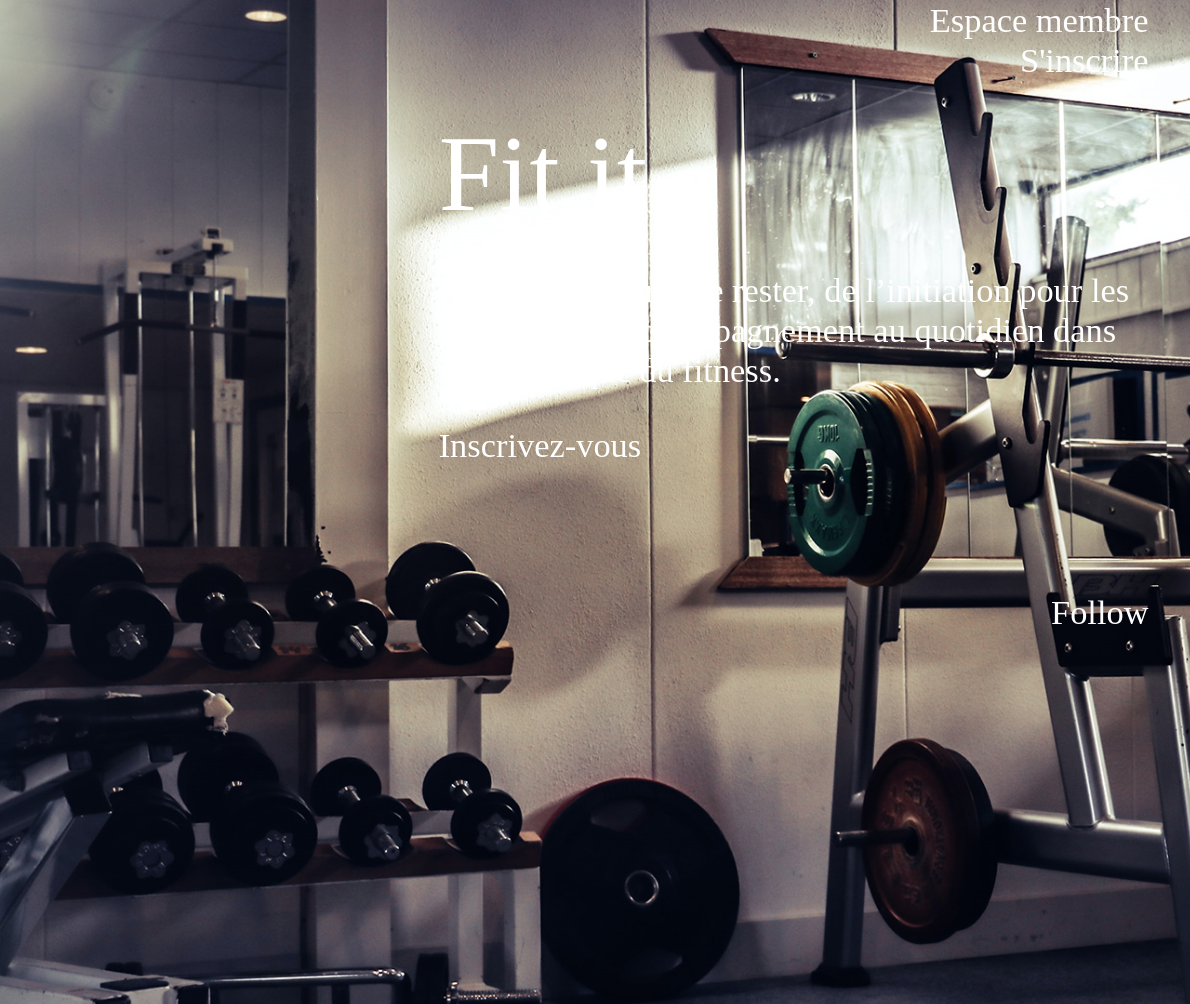
Repository: Mini-T/php-propre
Page: http://localhost/
An editor plug-in stored every save of this project. The page is shown before and after the next save, followed by the edit.
The browser window is 1280 px wide. The pictures show the whole page, at 93% of full size.
The page is run by PHP 8.4 with error messages shown; the project is at /var/www/html/.

Above is the page before, as saved 2021-03-25 11:13:05.

After the next save:
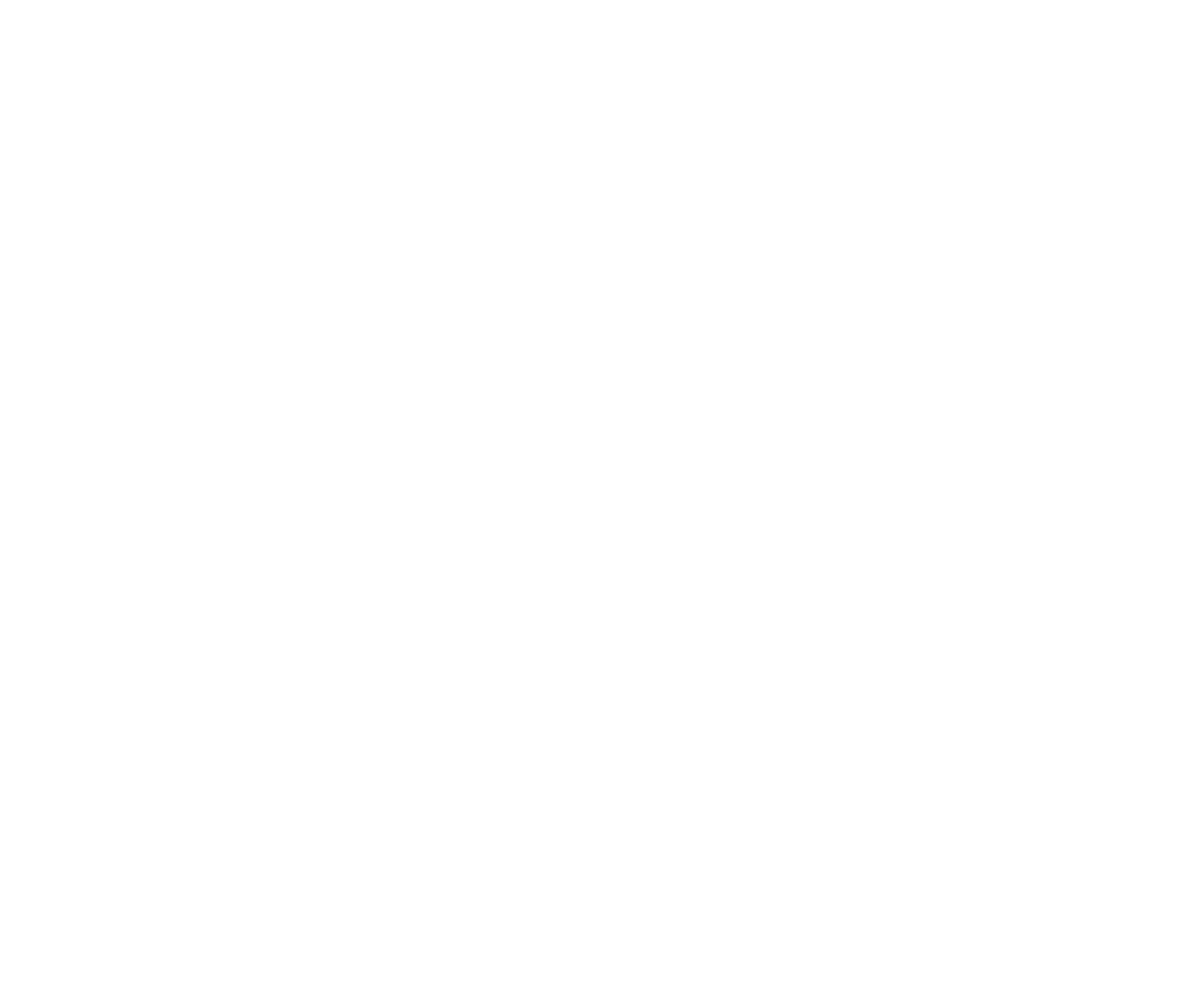
Saved 26 s later.
--- a/Partiel/main.css
+++ b/Partiel/main.css
@@ -11,7 +11,7 @@
 }
 
 #image{
-    background: url('fond-normal-size.jpg');
+    background: black, url('fond-normal-size.jpg') ;
     color: white;
     font-family: kanit medium;
     display: grid;

After the 2 saves that followed:
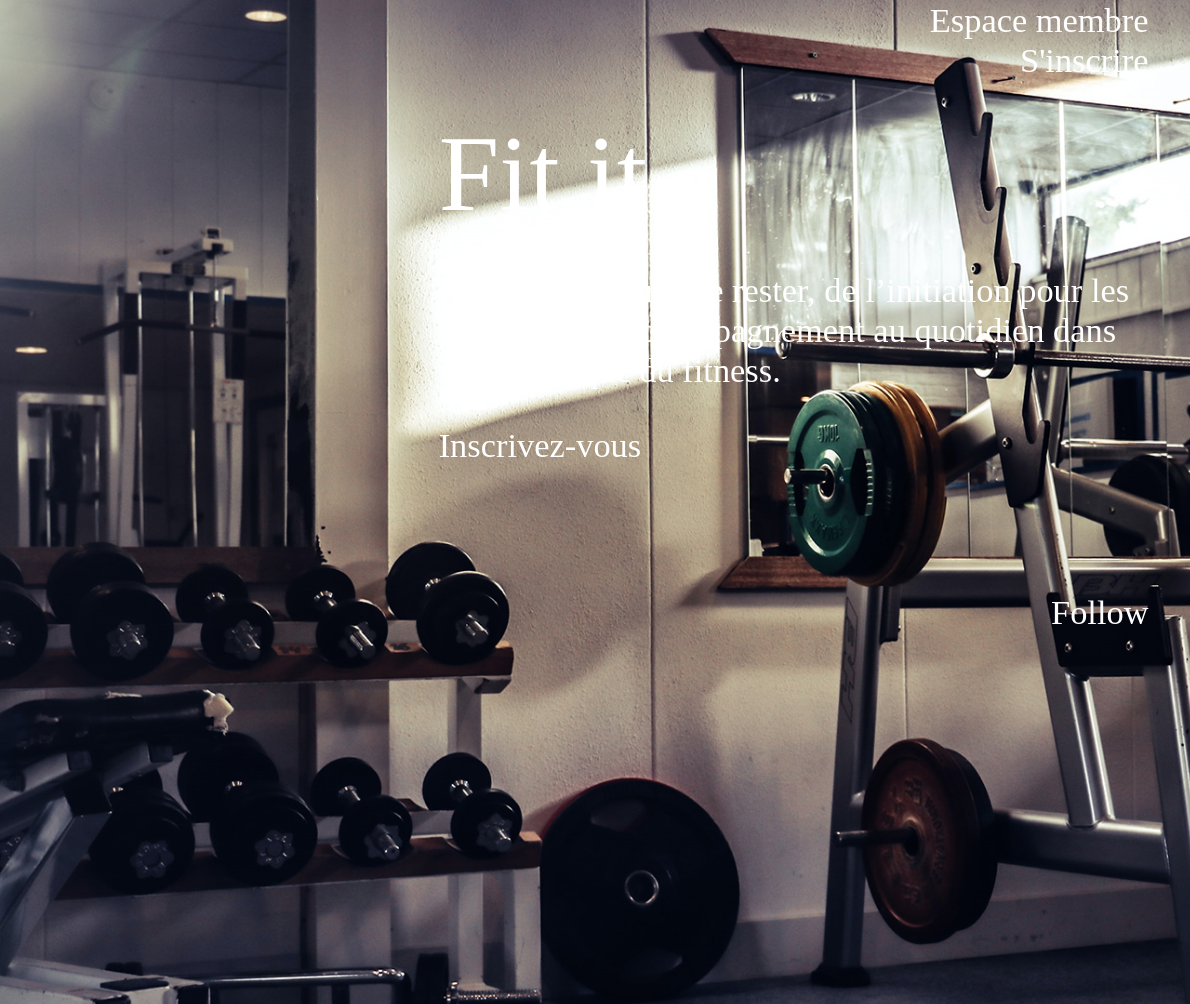
The 2 saves are shown as one change because 1 left the picture as it was.
The last was saved 59 s later.
--- a/Partiel/main.css
+++ b/Partiel/main.css
@@ -11,7 +11,7 @@
 }
 
 #image{
-    background: black, url('fond-normal-size.jpg') ;
+    background:  url('fond-normal-size.jpg'), black;
     color: white;
     font-family: kanit medium;
     display: grid;
